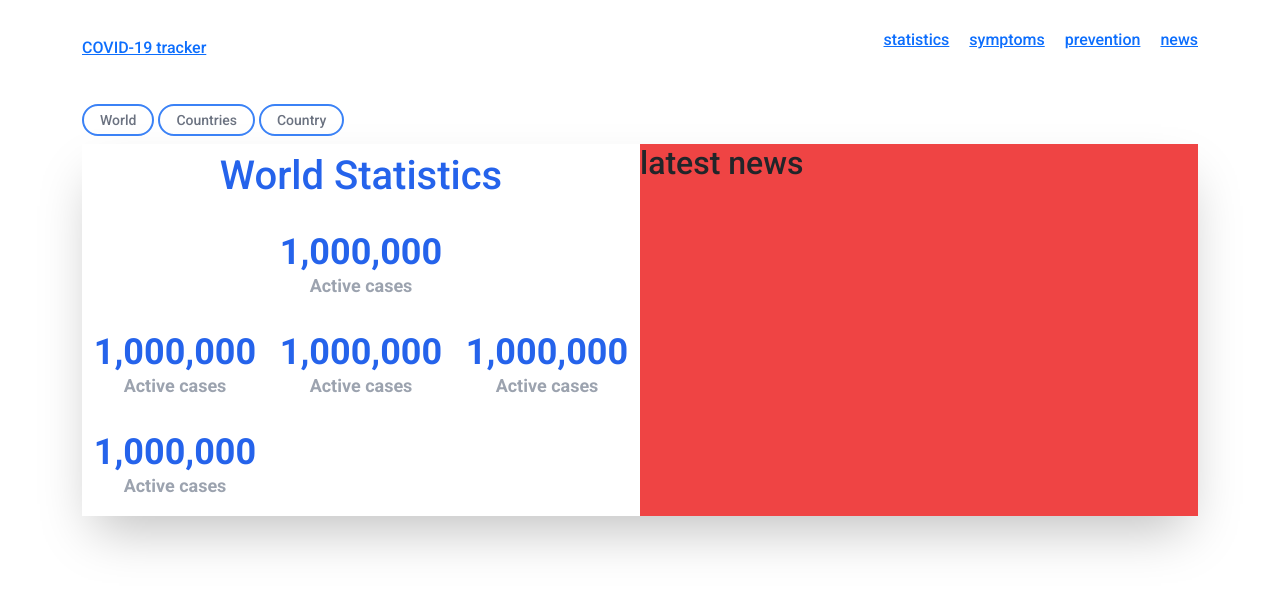
Repository: latenightsnacc/covid-19tracker
Page: design/index.html
These files come from the project's save history. The page is drawn as it stood at one moment and after the next save; the edit follows.
The browser window is 1280 px wide. The pictures show the whole page.
Some web libraries are served in a nearby version.

Above is the page before, as saved 2021-07-22 16:41:36.

### design/index.html
<!DOCTYPE html>
<html lang="en">
<head>
    <meta charset="UTF-8">
    <meta http-equiv="X-UA-Compatible" content="IE=edge">
    <meta name="viewport" content="width=device-width, initial-scale=1.0">
    <!--Tailwind Css-->
    <link href="https://unpkg.com/tailwindcss@^2/dist/tailwind.min.css" rel="stylesheet">
    <!--Bootstrap CSS-->
    <link href="https://cdn.jsdelivr.net/npm/bootstrap@5.0.0-beta3/dist/css/bootstrap.min.css" rel="stylesheet" integrity="sha384-eOJMYsd53ii+scO/bJGFsiCZc+5NDVN2yr8+0RDqr0Ql0h+rP48ckxlpbzKgwra6" crossorigin="anonymous">
    <!--Font Awesome 5 CDN-->
    <link href="https://cdnjs.cloudflare.com/ajax/libs/font-awesome/5.13.0/css/all.min.css" rel="stylesheet">
    <!--Roboto: Google Font-->
    <link rel="preconnect" href="https://fonts.googleapis.com">
<link rel="preconnect" href="https://fonts.gstatic.com" crossorigin>
<link href="https://fonts.googleapis.com/css2?family=Roboto:wght@300;500;700&display=swap" rel="stylesheet">
    <title>COVID-19 Tracker</title>
    <style>
        * {
            font-family: 'Roboto', sans-serif;
        }
        #coco {

            fill: rgb(1, 1, 58);
            stroke: rgb(95, 4, 80);
            stroke-width: 5px;
            animation: virus-spin infinite 20s linear;

        }

        @keyframes virus-spin {
            from {
                /* transform: rotate(0deg); */
                transform: rotateZ(0deg);
            }
            to {
                transform: rotateZ(-360deg);
            }
        }

    </style>
</head>
<body>
    <main class="m-auto">
        <!--Navigation Component-->
        <div class="container">
            <nav class="flex justify-between w-100 items-center h-24">
                <a href="index.html">
                    <div>COVID-19 tracker</div>
                </a>
                <ul class="flex">
                    <li>
                        <a href="">statistics</a>
                    </li>
                    <li class="ml-5">
                        <a href="">symptoms</a>
                    </li>
                    <li class="ml-5">
                        <a href="">prevention</a>
                    </li>
                    <li class="ml-5">
                        <a href="">news</a>
                    </li>
                </ul>
            </nav>
        </div>

        <div class="container">
            <div class="tags py-2">
                <button class="border-2 border-blue-500 px-3 py-1 rounded-2xl text-gray-500 hover:bg-blue-500 hover:text-white text-mute text-sm capitalize">world</button>
                <button class="border-2 border-blue-500 px-3 py-1 rounded-2xl text-gray-500 hover:bg-blue-500 hover:text-white text-mute text-sm capitalize">countries</button>
                <button class="border-2 border-blue-500 px-3 py-1 rounded-2xl text-gray-500 hover:bg-blue-500 hover:text-white text-mute text-sm capitalize">country</button>
            </div>
            <div class="flex flex-col md:flex-row  shadow-2xl">

                <div class="w-100 md:w-1/2 ">
                    <h1 class="text-blue-600 text-center py-2">World Statistics</h1>
                    <div class="stats">
                        <div class="w-56 flex flex-col items-center justify-center p-3 m-auto">
                            <span class="text-4xl text-blue-600 font-bold">1,000,000</span>
                            <span class="text-lg text-gray-400 font-bold">Active cases</span>
                        </div>
                        <div class="grid grid-rows-auto grid-cols-3">
                            <div class="flex flex-col items-center justify-center p-3">
                                <span class="text-4xl text-blue-600 font-bold">1,000,000</span>
                                <span class="text-lg text-gray-400 font-bold">Active cases</span>
                            </div>
                            <div class="flex flex-col items-center justify-center p-3">
                                <span class="text-4xl text-blue-600 font-bold">1,000,000</span>
                                <span class="text-lg text-gray-400 font-bold">Active cases</span>
                            </div>
                            <div class="flex flex-col items-center justify-center p-3">
                                <span class="text-4xl text-blue-600 font-bold">1,000,000</span>
                                <span class="text-lg text-gray-400 font-bold">Active cases</span>
                            </div>
                            <div class="flex flex-col items-center justify-center p-3">
                                <span class="text-4xl text-blue-600 font-bold">1,000,000</span>
                                <span class="text-lg text-gray-400 font-bold">Active cases</span>
                            </div>
                        </div>

                    </div>

                </div>
                <div class="w-100 md:w-1/2 bg-red-500"">
                    <h2>latest news</h2>

                </div>

            </div>
        </div>
    </main>
</body>
</html>

After the next save:
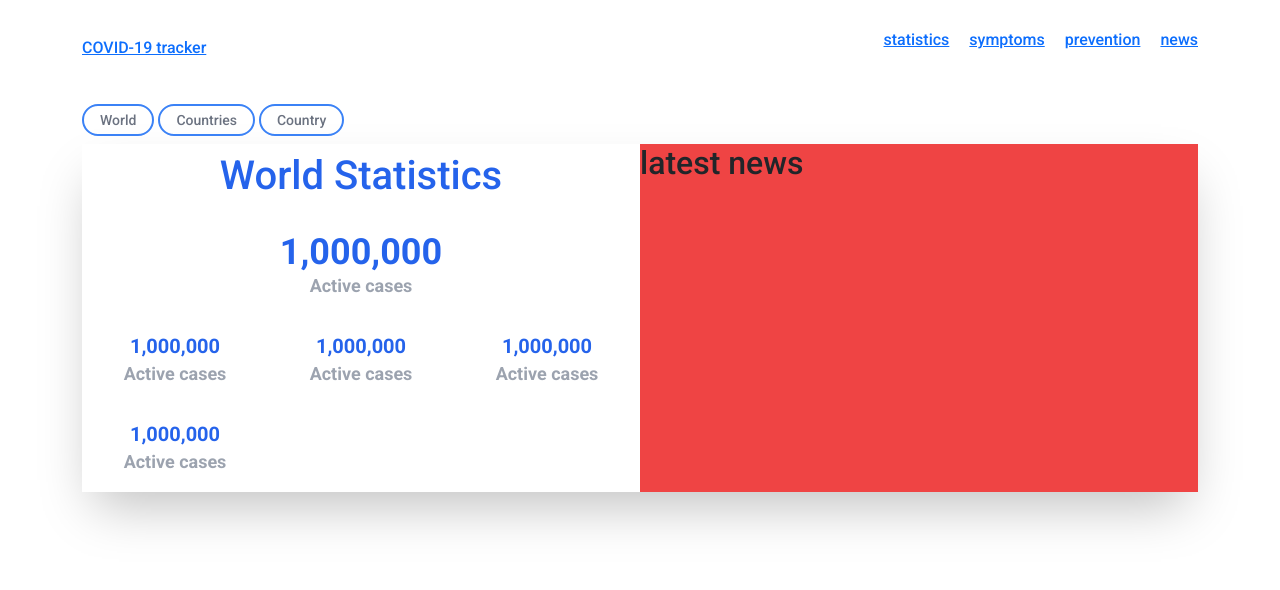
Saved 9 s later.
--- a/design/index.html
+++ b/design/index.html
@@ -82,19 +82,19 @@
                         </div>
                         <div class="grid grid-rows-auto grid-cols-3">
                             <div class="flex flex-col items-center justify-center p-3">
-                                <span class="text-4xl text-blue-600 font-bold">1,000,000</span>
+                                <span class="text-xl text-blue-600 font-bold">1,000,000</span>
                                 <span class="text-lg text-gray-400 font-bold">Active cases</span>
                             </div>
                             <div class="flex flex-col items-center justify-center p-3">
-                                <span class="text-4xl text-blue-600 font-bold">1,000,000</span>
+                                <span class="text-xl text-blue-600 font-bold">1,000,000</span>
                                 <span class="text-lg text-gray-400 font-bold">Active cases</span>
                             </div>
                             <div class="flex flex-col items-center justify-center p-3">
-                                <span class="text-4xl text-blue-600 font-bold">1,000,000</span>
+                                <span class="text-xl text-blue-600 font-bold">1,000,000</span>
                                 <span class="text-lg text-gray-400 font-bold">Active cases</span>
                             </div>
                             <div class="flex flex-col items-center justify-center p-3">
-                                <span class="text-4xl text-blue-600 font-bold">1,000,000</span>
+                                <span class="text-xl text-blue-600 font-bold">1,000,000</span>
                                 <span class="text-lg text-gray-400 font-bold">Active cases</span>
                             </div>
                         </div>
